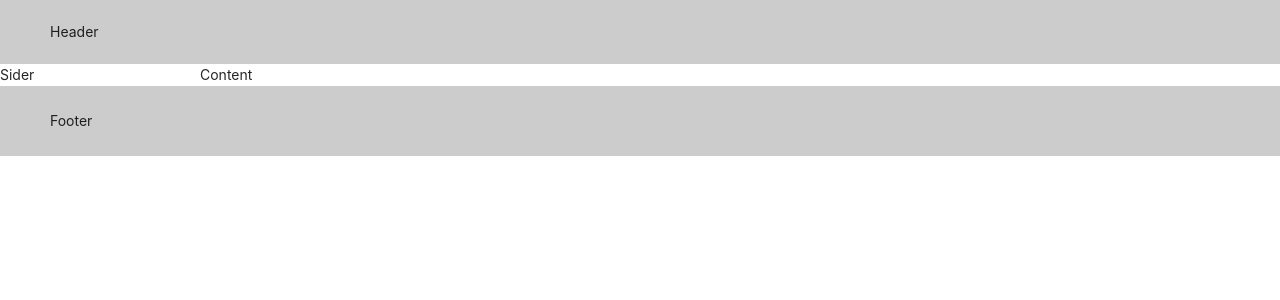
Repository: fangxueliang/react-redux-
Page: /
The author's editor kept a copy of each file at every save. The page is drawn from the files as they stood at one save, then again after the next save.
The browser window is 1280 px wide. The pictures show the whole page.
The project was rebuilt for these pictures with package versions that can differ from the ones it lists, and the page was loaded fresh each time.

Above is the page before, as saved 2020-12-29 17:17:21.

After the next save:
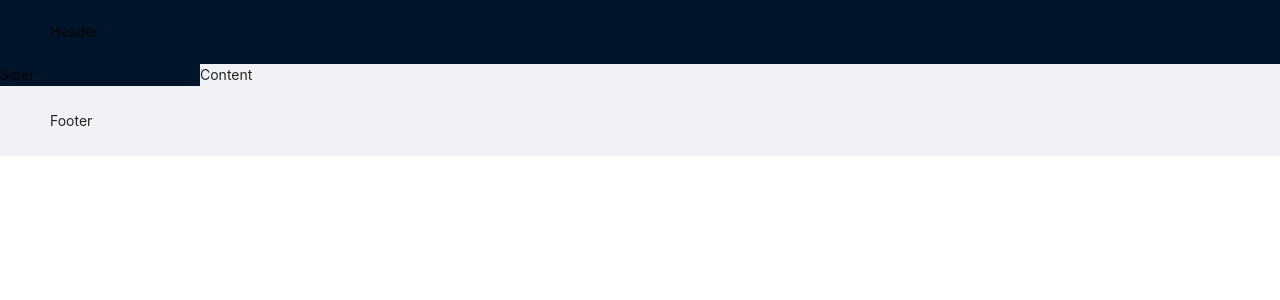
Saved 6 s later.
--- a/src/Pages/home.js
+++ b/src/Pages/home.js
@@ -7,7 +7,7 @@ function Home() {
 
     return (
         <Layout>
-            <div className="App_layout">
+            <div className="Home_layout">
                 <Header> Header </Header>
                 <Layout>
                     <Sider> Sider </Sider>

After the save that followed:
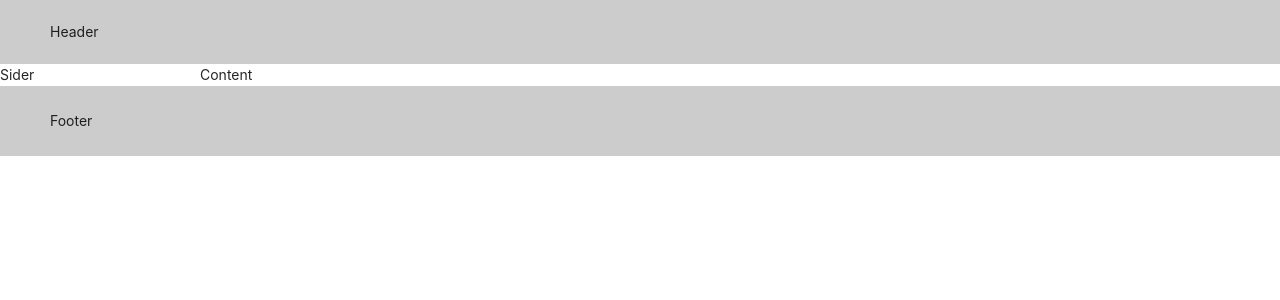
Saved 7 s later.
--- a/src/Common/CSS/layout.css
+++ b/src/Common/CSS/layout.css
@@ -1,16 +1,16 @@
 /* 布局样式  */
-.App_layout .ant-layout-header {
+.Home_layout .ant-layout-header {
     background: #ccc;
 }
 
-.App_layout .ant-layout-footer {
+.Home_layout .ant-layout-footer {
     background: #ccc;
 }
 
-.App_layout .ant-layout-content {
+.Home_layout .ant-layout-content {
     background: #fff;
 }
 
-.App_layout .ant-layout-sider {
+.Home_layout .ant-layout-sider {
     background: #fff;
 }
